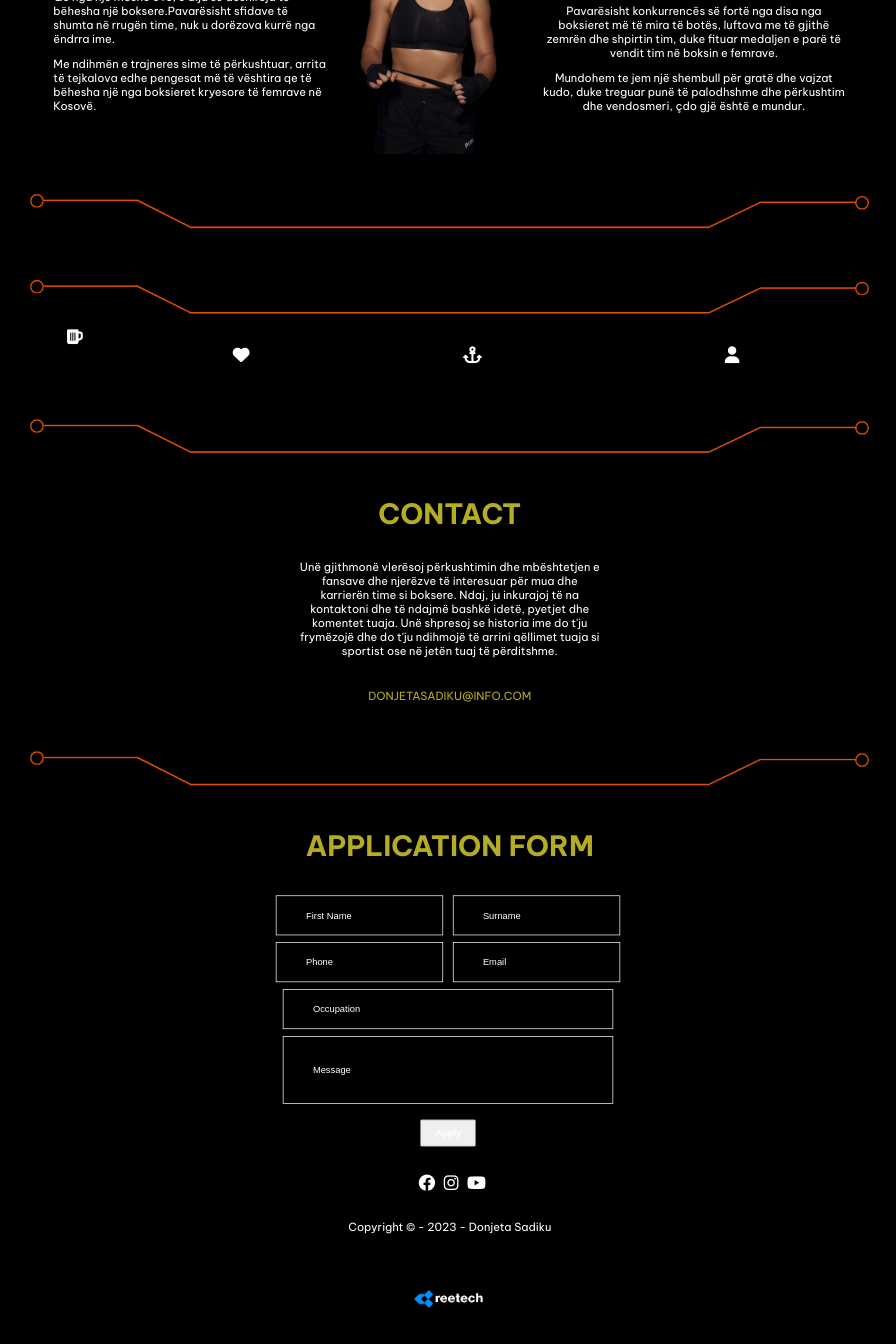
Repository: milot-morina/ds-boxing
Page: DS-Portfolio/index.html
These files come from the project's save history. The page is drawn as it stood at one moment and after the next save; the edit follows.
The browser window is 1280 px wide. The pictures show the part of the page from y = 2373 to 4293 px (the page is 4293 px tall before and 4216 px after), at 70% of full size.
A picture or video elsewhere on the page could not be fetched, so the positions and the page height are approximate.

Above is the page before, as saved 2023-03-21 11:37:50.

After the next save:
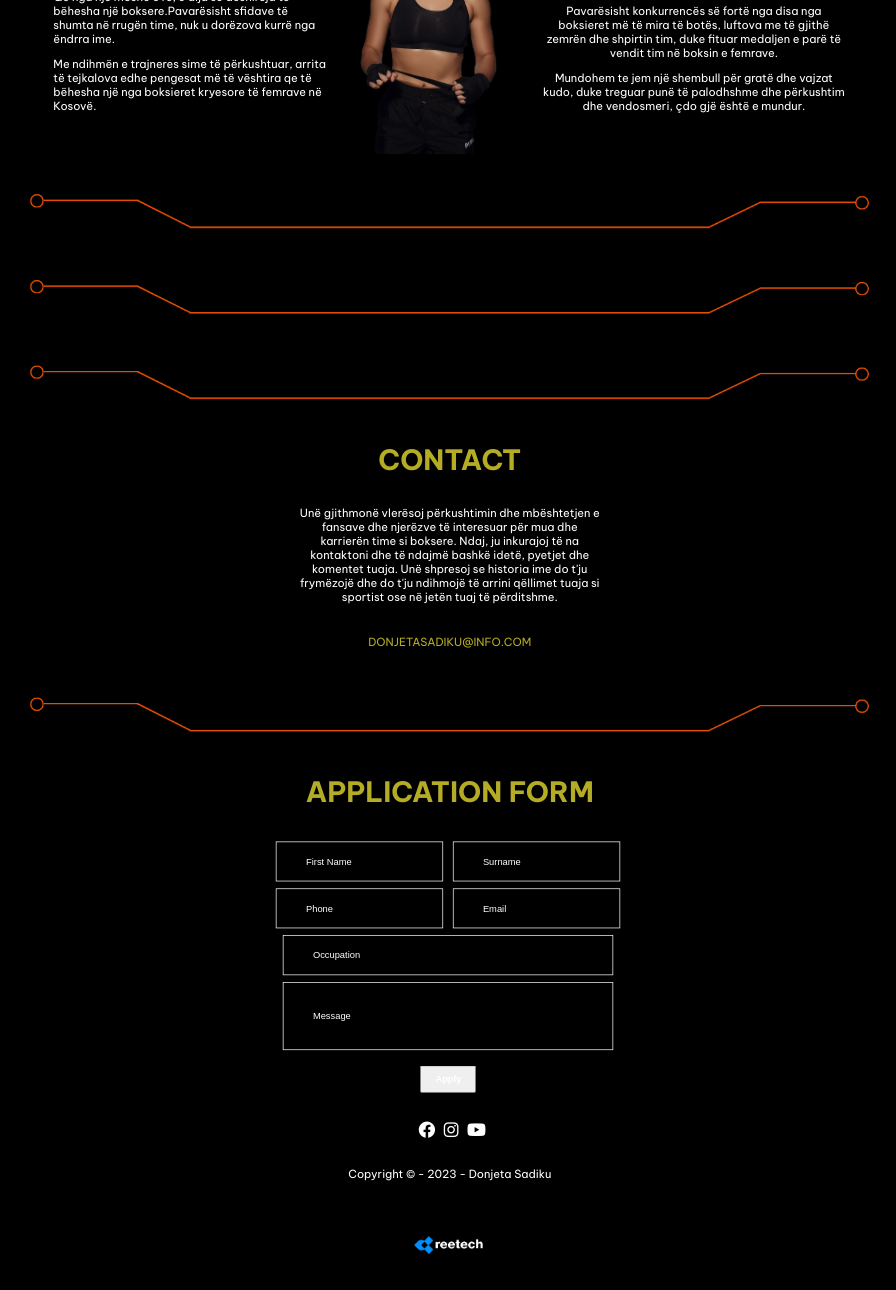
Saved 24 s later.
--- a/DS-Portfolio/index.html
+++ b/DS-Portfolio/index.html
@@ -128,42 +128,6 @@
   <!-- ktu section i ri -->
 
 
-  <section class="wow fadeIn animated" style="visibility: visible; animation-name: fadeIn;">
-    <div class="container">
-        <div class="row">
-            <!-- counter -->
-            <div class="col-md-3 col-sm-6 bottom-margin text-center counter-section wow fadeInUp sm-margin-bottom-ten animated" data-wow-duration="300ms" style="visibility: visible; animation-duration: 300ms; animation-name: fadeInUp;">
-                <i class="fa fa-beer medium-icon"></i>
-                <span id="anim-number-pizza" class="counter-number"></span>
-                <span class="timer counter alt-font appear" data-to="980" data-speed="7000">2800</span>
-                <p class="counter-title">Beer Ordered</p>
-            </div>
-            <!-- end counter -->
-            <!-- counter -->
-            <div class="col-md-3 col-sm-6 bottom-margin text-center counter-section wow fadeInUp sm-margin-bottom-ten animated" data-wow-duration="600ms" style="visibility: visible; animation-duration: 600ms; animation-name: fadeInUp;">
-                <i class="fa fa-heart medium-icon"></i>
-                 <span class="timer counter alt-font appear" data-to="980" data-speed="7000">980</span>
-                <span class="counter-title">Happy Clients</span>
-            </div>
-            <!-- end counter -->
-            <!-- counter -->
-            <div class="col-md-3 col-sm-6 bottom-margin-small text-center counter-section wow fadeInUp xs-margin-bottom-ten animated" data-wow-duration="900ms" style="visibility: visible; animation-duration: 900ms; animation-name: fadeInUp;">
-                <i class="fa fa-anchor medium-icon"></i>
-                 <span class="timer counter alt-font appear" data-to="810" data-speed="7000">810</span>
-                <span class="counter-title">Projects Completed</span>
-            </div>
-            <!-- end counter -->
-            <!-- counter -->
-            <div class="col-md-3 col-sm-6 text-center counter-section wow fadeInUp animated" data-wow-duration="1200ms" style="visibility: visible; animation-duration: 1200ms; animation-name: fadeInUp;">
-                <i class="fa fa-user medium-icon"></i>
-                 <span class="timer counter alt-font appear" data-to="600" data-speed="7000">600</span>
-                <span class="counter-title">Clients Served</span>
-            </div>
-            <!-- end counter -->
-        </div>
-    </div>
-</section>
-
 
 
 
